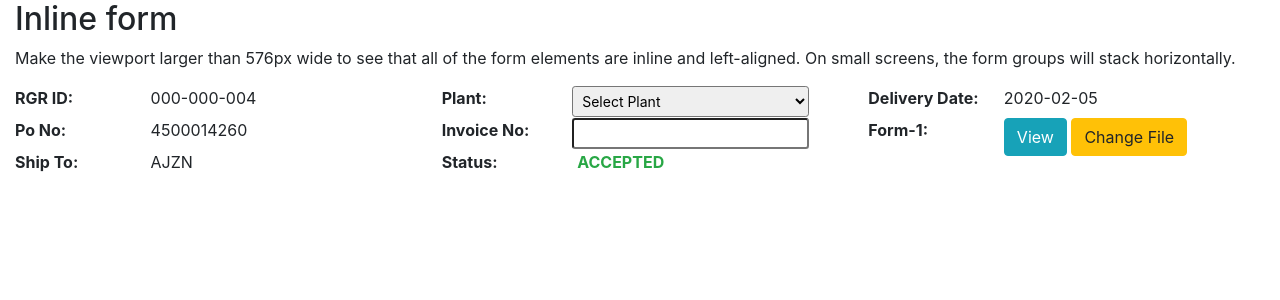
Repository: karthikairasu/Others_work
Page: form.html
An editor plug-in stored every save of this project. The page is shown before and after the next save, followed by the edit.
The browser window is 1280 px wide. The pictures show the whole page.

Above is the page before, as saved 2020-06-28 17:11:57.

After the next save:
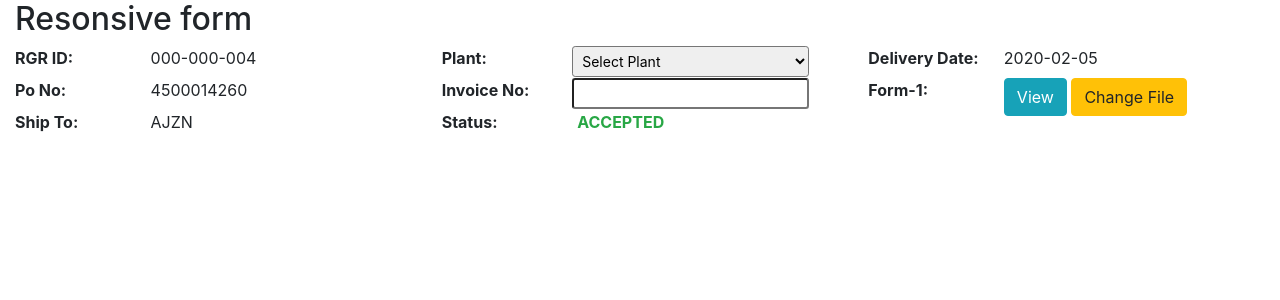
Saved 108 s later.
--- a/form.html
+++ b/form.html
@@ -14,12 +14,7 @@
   </head>
   <body>
     <div class="container-fluid">
-      <h2>Inline form</h2>
-      <p>
-        Make the viewport larger than 576px wide to see that all of the form
-        elements are inline and left-aligned. On small screens, the form groups
-        will stack horizontally.
-      </p>
+      <h2>Resonsive form</h2>
       <form class="" action="/action_page.php">
         <div class="row">
           <div class="col-md-4">
